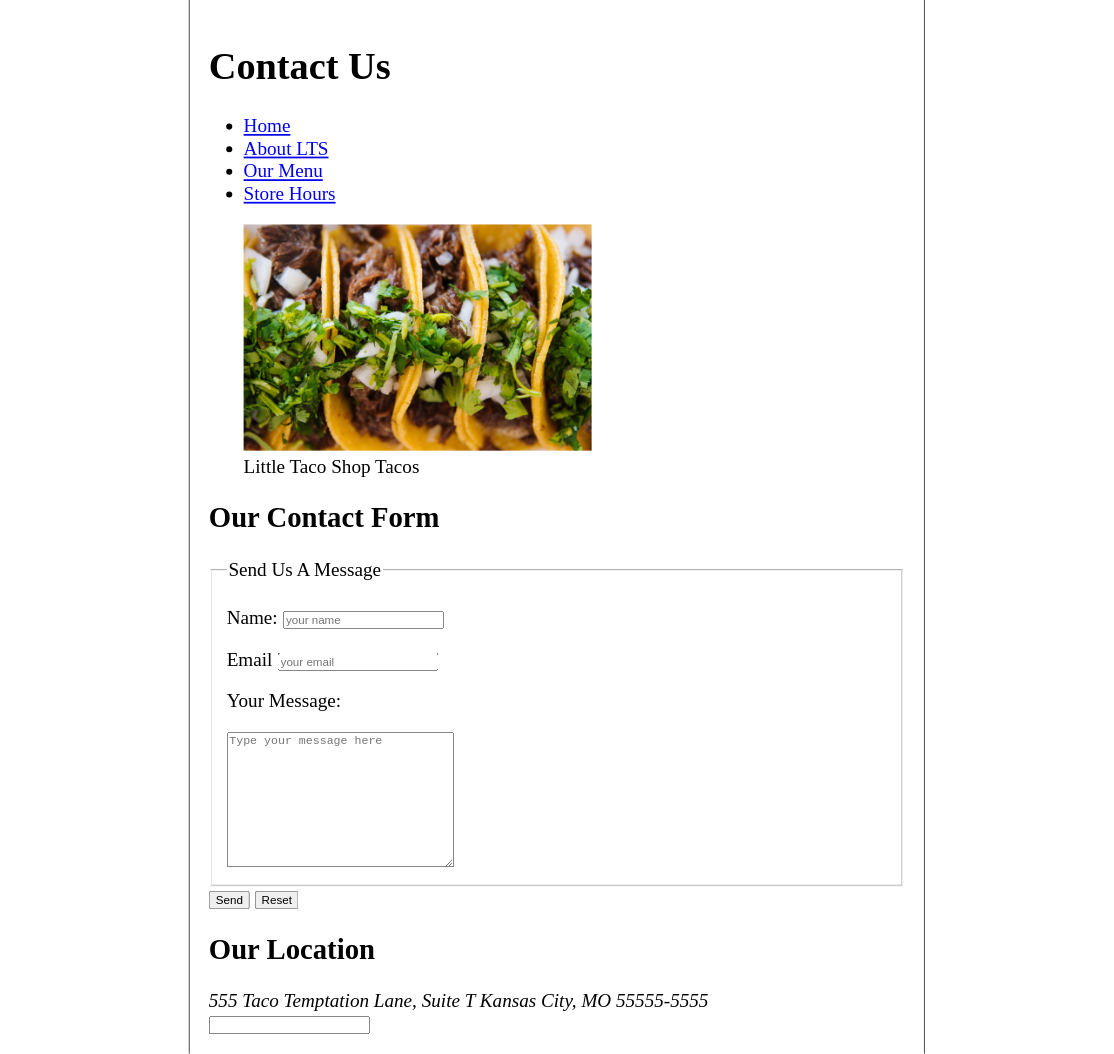
Repository: Israa-Odeh/html-basics-project
Page: contact.html
The author's editor kept a copy of each file at every save. The page is drawn from the files as they stood at one save, then again after a run of saves.
The browser window is 1280 px wide. The pictures show the whole page, at 87% of full size.

Above is the page before, as saved 2024-08-20 03:13:24.

After the next 5 saves:
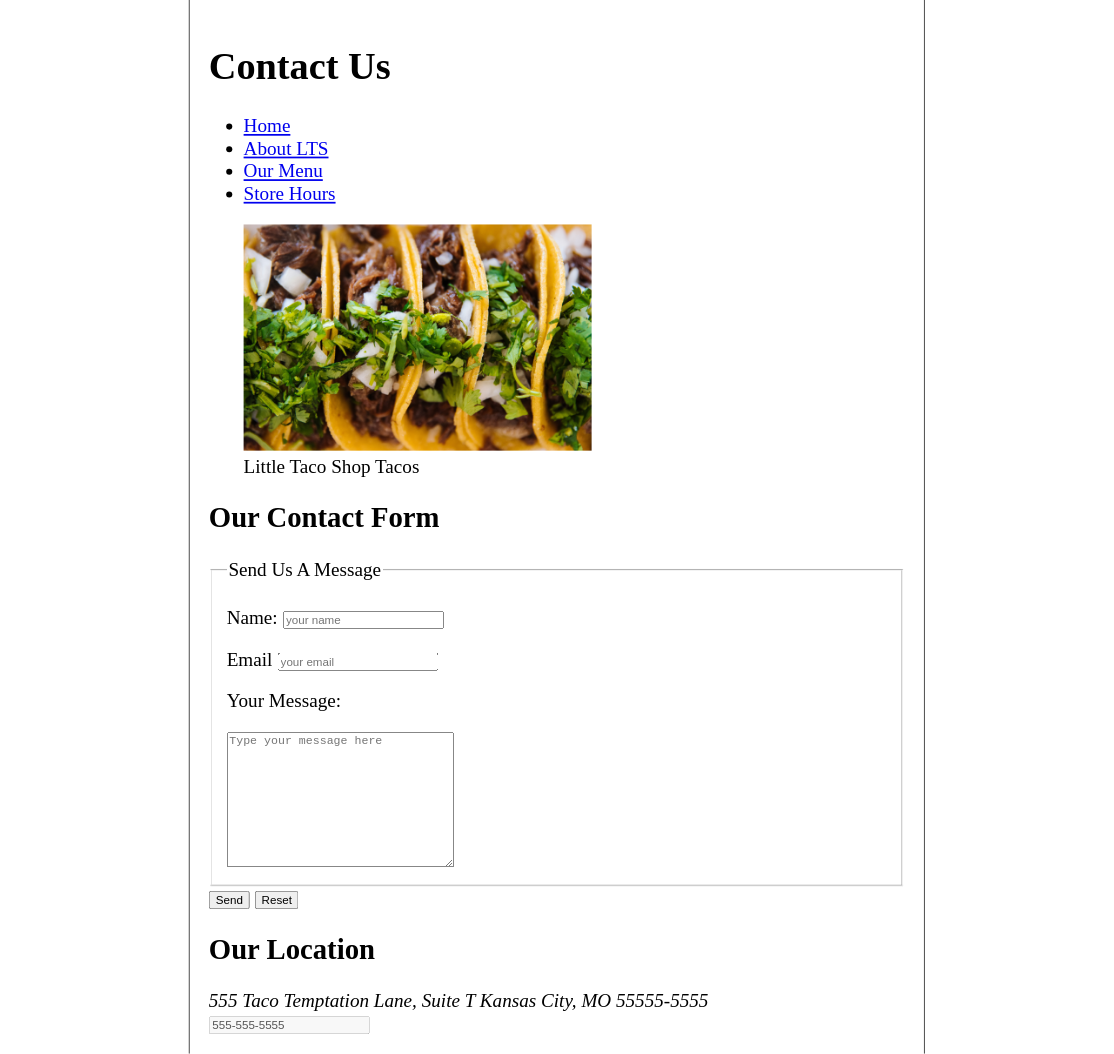
The 5 saves are shown as one change because they came seconds apart.
The last was saved 17 s later.
--- a/contact.html
+++ b/contact.html
@@ -64,7 +64,7 @@
             Kansas City, MO 55555-5555
         </address>
         <label for="phone-number"></label>
-        <input type="tel" name="phone-number" id="phone-number">
+        <input type="tel" name="phone-number" id="phone-number" value="555-555-5555" disabled>
 
     </main>
 
